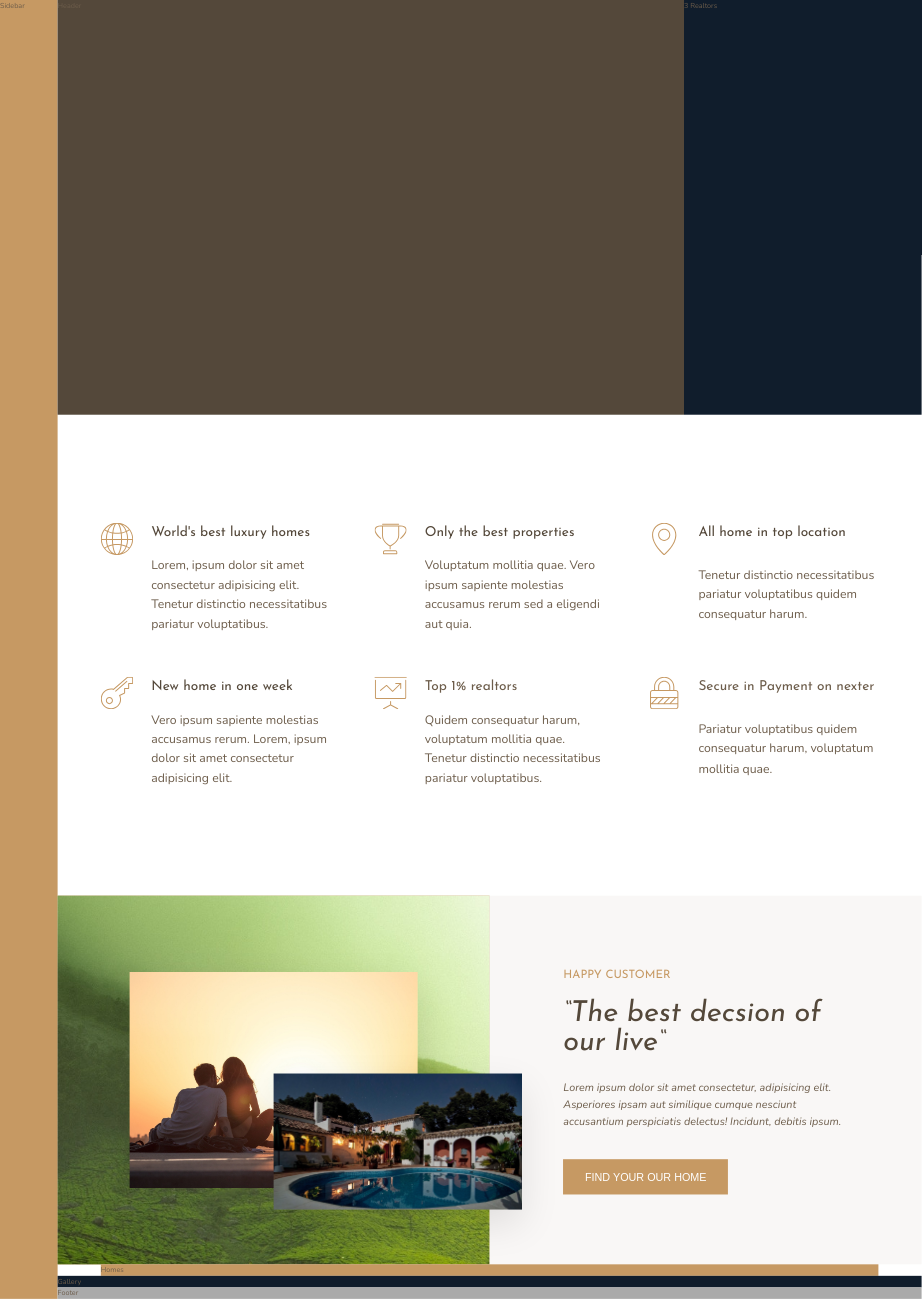
Repository: m2pd/your-home
Page: index.html
An editor plug-in stored every save of this project. The page is shown before and after the next save, followed by the edit.
The browser window is 1280 px wide. The pictures show the whole page, at 72% of full size.
The style sheet was rebuilt from its Sass, Less or Tailwind sources for each picture, by a compiler version that may differ from the author's.

Above is the page before, as saved 2020-03-05 11:23:15.

### index.html
<!DOCTYPE html>
<html lang="en">
    <head>
        <meta charset="UTF-8">
        <meta name="viewport" content="width=device-width, initial-scale=1.0">
        <meta http-equiv="X-UA-Compatible" content="ie=edge">

        <link href="https://fonts.googleapis.com/css?family=Josefin+Sans:300,400,400i|Nunito:300,300i" rel="stylesheet">
        <link rel="stylesheet" href="css/style.css">
        <link rel="shortcut icon" type="image/png" href="img/favicon.png">

        <title>nexter &mdash; your home, your freedom</title>
    </head>
    <body class="container">

        <div class="sidebar">
            Sidebar
        </div>

        <header class="header">
            Header
        </header>

        <div class="realtors">
            3 Realtors
        </div>

        <div class="features">
            <div class="feature feature-1">
                <svg class="feature__icon">
                    <use xlink:href="img/sprite.svg#icon-global"></use>
                </svg>
                <h4 class="heading-4 heading-4--dark">World's best luxury homes</h4>
                <p class="feature__text">
                    Lorem, ipsum dolor sit amet consectetur adipisicing elit. Tenetur distinctio necessitatibus pariatur voluptatibus.
                </p>
            </div>

            <div class="feature feature-2">
                <svg class="feature__icon">
                    <use xlink:href="img/sprite.svg#icon-trophy"></use>
                </svg>
                <h4 class="heading-4 heading-4--dark">Only the best properties</h4>
                <p class="feature__text">
                    Voluptatum mollitia quae. Vero ipsum sapiente molestias accusamus rerum sed a eligendi aut quia.
                </p>
            </div>

            <div class="feature feature-3">
                <svg class="feature__icon">
                    <use xlink:href="img/sprite.svg#icon-map-pin"></use>
                </svg>
                <h4 class="heading-4 heading-4--dark">All home in top location</h4>
                <p class="feature__text">
                    Tenetur distinctio necessitatibus pariatur voluptatibus quidem consequatur harum.
                </p>
            </div>

            <div class="feature feature-4">
                <svg class="feature__icon">
                    <use xlink:href="img/sprite.svg#icon-key"></use>
                </svg>
                <h4 class="heading-4 heading-4--dark">New home in one week</h4>
                <p class="feature__text">
                    Vero ipsum sapiente molestias accusamus rerum. Lorem, ipsum dolor sit amet consectetur adipisicing elit.
                </p>
            </div>

            <div class="feature feature-5">
                <svg class="feature__icon">
                    <use xlink:href="img/sprite.svg#icon-presentation"></use>
                </svg>
                <h4 class="heading-4">Top 1% realtors</h4>
                <p class="feature__text">
                    Quidem consequatur harum, voluptatum mollitia quae. Tenetur distinctio necessitatibus pariatur voluptatibus.
                </p>
            </div>

            <div class="feature feature-6">
                <svg class="feature__icon">
                    <use xlink:href="img/sprite.svg#icon-lock"></use>
                </svg>
                <h4 class="heading-4">Secure in Payment on nexter</h4>
                <p class="feature__text">
                    Pariatur voluptatibus quidem consequatur harum, voluptatum mollitia quae.
                </p>
            </div>
        </div>

        <div class="story__pictures">
            <img src="img/story-1.jpeg" alt="Couple with new house" class="story__img--1">
            <img src="img/story-2.jpeg" alt="New house" class="story__img--2">
        </div>

        <div class="story__content">
            <h3 class="heading-3 mb-sm">Happy Customer</h3>
            <h2 class="heading-2 heading-2--dark mb-md">&ldquo;The best decsion of our live&ldquo;</h2>
            <div class="story__text">
                Lorem ipsum dolor sit amet consectetur, adipisicing elit. Asperiores ipsam aut similique cumque nesciunt accusantium perspiciatis delectus! Incidunt, debitis ipsum.
            </div>
            <button class="btn">Find your our home</button>
        </div>

        <section class="homes">
            Homes
        </section>

        <section class="gallery">
            Gallery
        </section>

        <footer class="footer">
            Footer
        </footer>

    </body>
</html>

### sass/_base.scss
// COLOR VARIABLES
$color-primary: #c69963;
$color-primary-dark: #B28451;

$color-secondary: #101d2c;

$color-grey-light-1: #f9f7f6;
$color-grey-light-2: #aaa;

$color-grey-dark-1: #54483A;
$color-grey-dark-2: #6D5D4B;

// FONT VARIABLES
$font-primary: 'Nunito', sans-serif;
$font-display: 'Josefin Sans', sans-serif;


*,
*::before,
*::after{
    margin:0;
    padding:0;
    box-sizing: inherit;
}

html{
    font-size:62.5%;
    box-sizing: border-box;
}

body{
    font-family: $font-primary;
    color: $color-grey-dark-2;
    font-weight: 300;
    line-height: 1.6;
}

.container{
    display: grid;
    grid-template-rows: 80vh min-content 40vw repeat(3, min-content);
    grid-template-columns:[sidebar-start] 8rem [sidebar-end full-start] minmax(6rem, 1fr) [center-start] repeat(8, [col-start] minmax(min-content, 14rem) [col-end]) [center-end] minmax(6rem, 1fr) [full-end];

}

### sass/_typography.scss
%heading {
  font-family: $font-display;
  font-weight: 400;
}

.heading-1 {
  @extend %heading;
}

.heading-2 {
  @extend %heading;
  font-size: 4rem;
  font-style: italic;
  line-height: 1;

  &--light{ color: $color-grey-light-1;}
  &--dark{ color: $color-grey-dark-1;}
}

.heading-3 {
  @extend %heading;

  font-size: 1.6rem;
  color: $color-primary;
  text-transform: uppercase;

}

.heading-4 {
  @extend %heading;
  font-size: 1.9rem;

  &--light{ color: $color-grey-light-1;}
  &--dark{ color: $color-grey-dark-1;}

}

.btn{
    background-color: $color-primary;
    color: #fff;
    font-size: 1.5rem;
    border: none;
    border-radius: none;
    padding: 1.6rem  3rem;
    text-transform: uppercase;
    cursor: pointer;
    transition: all .2s;

    &:hover{
      background-color: $color-primary-dark;
    }
}

.mb-sm{ margin-bottom: 2rem; }
.mb-md{ margin-bottom: 3rem; }
.mb-lg{ margin-bottom: 4rem; }
.mb-hg{ margin-bottom: 8rem; }

### sass/_features.scss
.features{
    grid-column: center-start /  center-end;

    margin: 15rem 0;
    display: grid;
    // grid-template-columns: repeat(3, 1fr);
    grid-template-columns: repeat(auto-fit, minmax(25rem, 1fr));
    grid-gap: 6rem;
}

.feature{
    display: grid;
    grid-template-columns: min-content 1fr;
    grid-column-gap: 2.5rem;
    grid-row-gap: 1.5rem;

    align-items: start;

    &__icon{
        fill: $color-primary;
        width:4.5rem;
        height:4.5rem;

        grid-row: 1 / span 2;
    }

    &__text{
        font-size: 1.7rem;
    }
}

### sass/_story.scss
.story{
    &__pictures{
        background-color: $color-primary;
        grid-column: full-start / col-end 4;
        background-image: url(../img/back.jpg);

        display: grid;
        grid-template-columns: repeat(6, 1fr);
        grid-template-rows: repeat(6, 1fr);
        align-items:center ;
    }

    &__img--1{
        width: 100%;
        grid-column: 2 / 6;
        grid-row: 2 / 6;
        box-shadow: 0 2rem 5rem rgba(#000, .1);
    }

    &__img--2{
        width: 115%;
        grid-column: 4 / 7;
        grid-row: 4 / 6;
        z-index: 20;
        box-shadow: 0 2rem 5rem rgba(#000, .1);

    }

    &__content{
        background-color: $color-grey-light-1;
        grid-column: col-start 5 / full-end;

        padding: 6rem 8vw;

        // display: flex;
        // flex-direction: column;
        // justify-content: center;
        // align-items: flex-start;

        display: grid;
        align-content: center;
        justify-items: start;
    }

    &__text{
        font-size: 1.5rem;
        font-style: italic;
        margin-bottom: 4rem;


    }
}

### sass/_homes.scss
.homes{
    background-color: $color-primary;
    grid-column: center-start / center-end;
}

### sass/_gallery.scss
.gallery{
    background-color: $color-secondary;
    grid-column: full-start / full-end;
}

### sass/_footer.scss
.footer{
    background-color: $color-grey-light-2;
    grid-column: full-start / full-end;
}

Loaded but not shown: sass/main.scss (common file); sass/_sidebar.scss (common file); sass/_header.scss (common file); sass/_realtors.scss (common file)

After the next save:
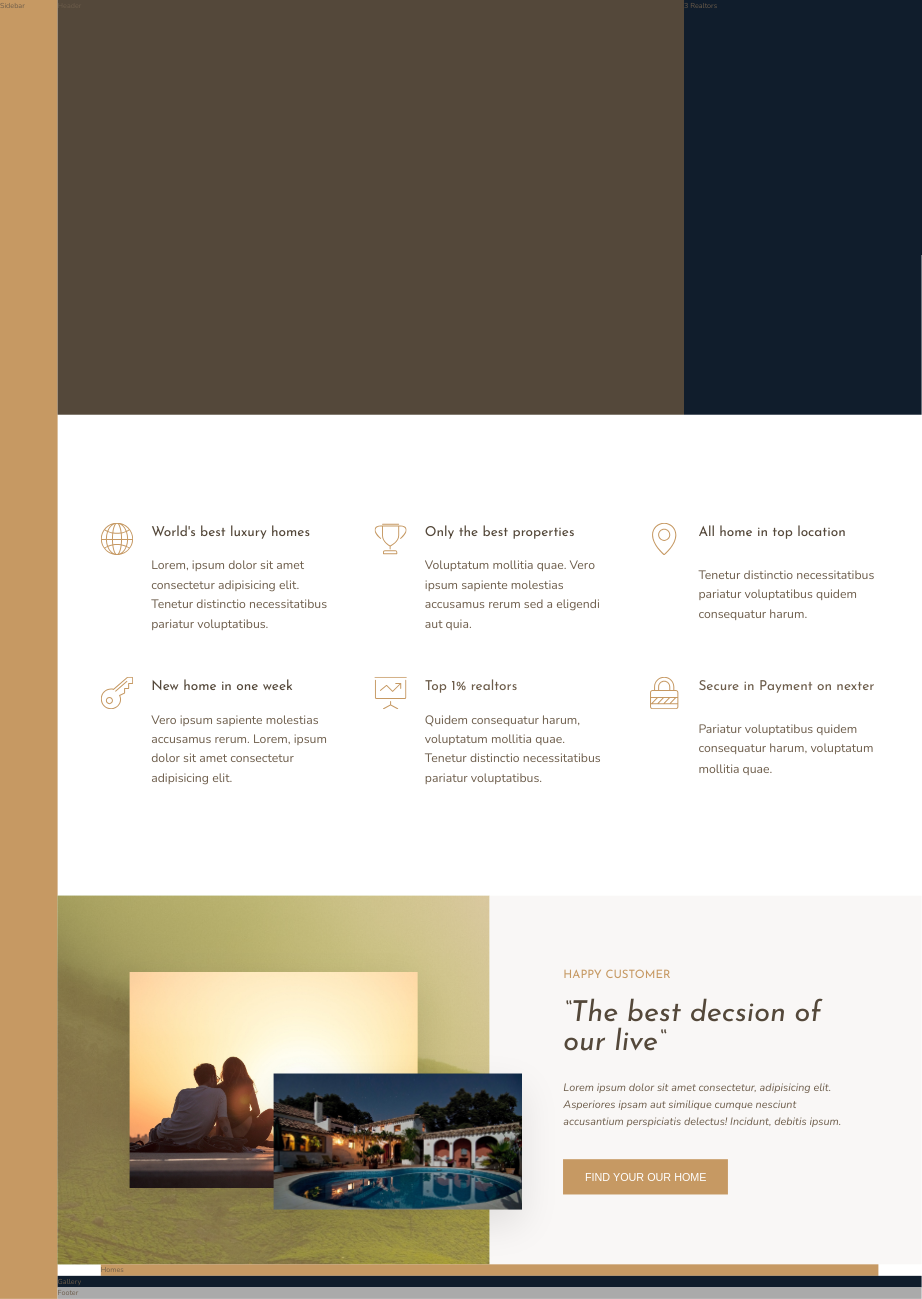
Saved 77 s later.
--- a/sass/_story.scss
+++ b/sass/_story.scss
@@ -2,7 +2,7 @@
     &__pictures{
         background-color: $color-primary;
         grid-column: full-start / col-end 4;
-        background-image: url(../img/back.jpg);
+        background-image:linear-gradient(rgba($color-primary,.5),rgba($color-primary, .5)), url(../img/back.jpg);
 
         display: grid;
         grid-template-columns: repeat(6, 1fr);
